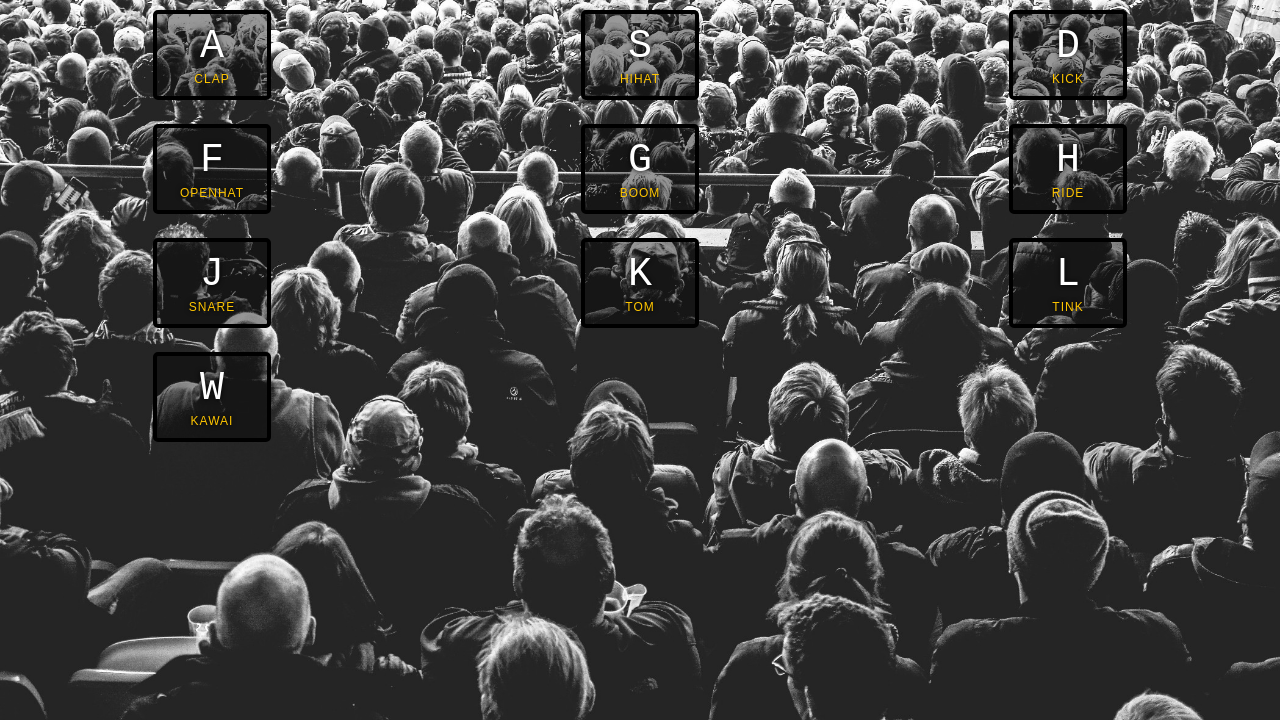
Repository: Freezler/drumkitJS
Page: index-START.html
An editor plug-in stored every save of this project. The page is shown before and after the next save, followed by the edit.
The browser window is 1280 px wide. The pictures show the whole page.

Above is the page before, as saved 2024-08-23 00:03:06.

### index-START.html
<!DOCTYPE html>
<html lang="en">
<head>
  <meta charset="UTF-8">
  <title>JS Drum Kit</title>
  <link rel="stylesheet" href="style.css">
  <link rel="icon" href="https://fav.farm/🔥" />
</head>
<body>


  <div class="keys">
    <div data-key="65" class="key">
      <kbd>A</kbd>
      <span class="sound">clap</span>
    </div>
    <div data-key="83" class="key">
      <kbd>S</kbd>
      <span class="sound">hihat</span>
    </div>
    <div data-key="68" class="key">
      <kbd>D</kbd>
      <span class="sound">kick</span>
    </div>
    <div data-key="70" class="key">
      <kbd>F</kbd>
      <span class="sound">openhat</span>
    </div>
    <div data-key="71" class="key">
      <kbd>G</kbd>
      <span class="sound">boom</span>
    </div>
    <div data-key="72" class="key">
      <kbd>H</kbd>
      <span class="sound">ride</span>
    </div>
    <div data-key="74" class="key">
      <kbd>J</kbd>
      <span class="sound">snare</span>
    </div>
    <div data-key="75" class="key">
      <kbd>K</kbd>
      <span class="sound">tom</span>
    </div>
    <div data-key="76" class="key">
      <kbd>L</kbd>
      <span class="sound">tink</span>
    </div>
    <div data-key="87" class="key">
      <kbd>W</kbd>
      <span class="sound">kawai</span>
    </div>
  </div>

  <audio data-key="65" src="sounds/clap.wav"></audio>
  <audio data-key="83" src="sounds/hihat.wav"></audio>
  <audio data-key="68" src="sounds/kick.wav"></audio>
  <audio data-key="70" src="sounds/openhat.wav"></audio>
  <audio data-key="71" src="sounds/boom.wav"></audio>
  <audio data-key="72" src="sounds/ride.wav"></audio>
  <audio data-key="74" src="sounds/snare.wav"></audio>
  <audio data-key="75" src="sounds/tom.wav"></audio>
  <audio data-key="76" src="sounds/tink.wav"></audio>
  <audio data-key="87" src="sounds/kawai.wav"></audio>


<script>

window.addEventListener('keydown', function(e){
  const audio = document.querySelector(`audio[data-key="${e.keyCode}"]`);
  const key = document.querySelector(`.key[data-key="${e.keyCode}"]`);
  key.classList.add('playing');
  if(!audio) return;
  audio.currentTime = 0;
  audio.play();

  function removeTransition(e) {
    if(e.propertyName !== 'transform') return;
    this.classList.remove('playing');
  }
  const keys = document.querySelectorAll('.key');
  keys.forEach(key => key.addEventListener('transitionend', removeTransition));

});
</script>


</body>
</html>

### style.css
html {
  font-size: 10px;
  background: url('./background.jpg') bottom center;
  background-size: cover;
  background-repeat: no-repeat;
  height: 100vh;
}

body,html {
  margin: 0;
  padding: 0;
  font-family: sans-serif;
}

.keys {
  display: grid;
  grid-template-columns: repeat(3, 1fr);
  grid-gap: 4px;
  min-height: 400px;
  place-items: center;
  align-items: center;
  justify-content: center;

}

.key {
  border: .4rem solid black;
  border-radius: .5rem;
  margin: 1rem;
  font-size: 1.5rem;
  padding: 1rem .5rem;
  transition: all .07s ease;
  width: 10rem;
  text-align: center;
  color: white;
  background: rgba(0,0,0,0.4);
  text-shadow: 0 0 .5rem black;
}

.playing {
  transform: scale(1.1);
  border-color: #ffc600;
  box-shadow: 0 0 1rem #ffc600;
}

kbd {
  display: block;
  font-size: 4rem;
}

.sound {
  font-size: 1.2rem;
  text-transform: uppercase;
  letter-spacing: .1rem;
  color: #ffc600;
}

After the next save:
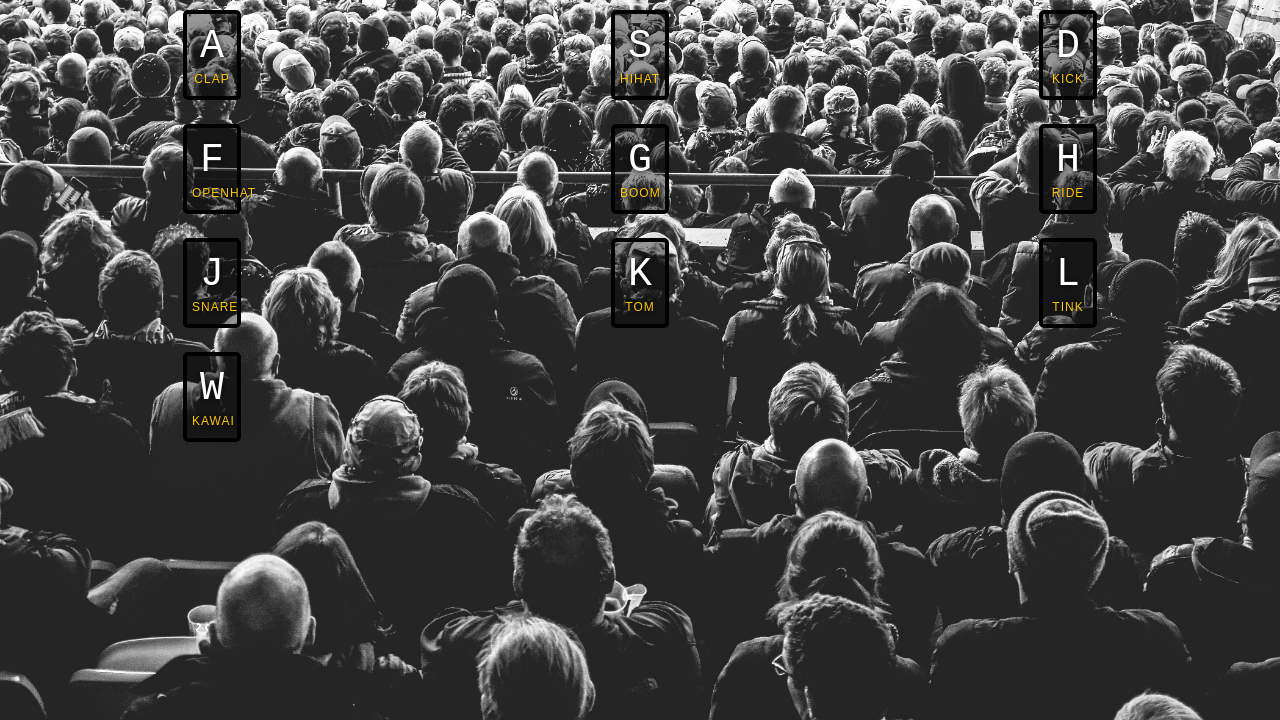
Saved 22 s later.
--- a/style.css
+++ b/style.css
@@ -30,7 +30,7 @@
   font-size: 1.5rem;
   padding: 1rem .5rem;
   transition: all .07s ease;
-  width: 10rem;
+  width: 4rem;
   text-align: center;
   color: white;
   background: rgba(0,0,0,0.4);

After the save that followed:
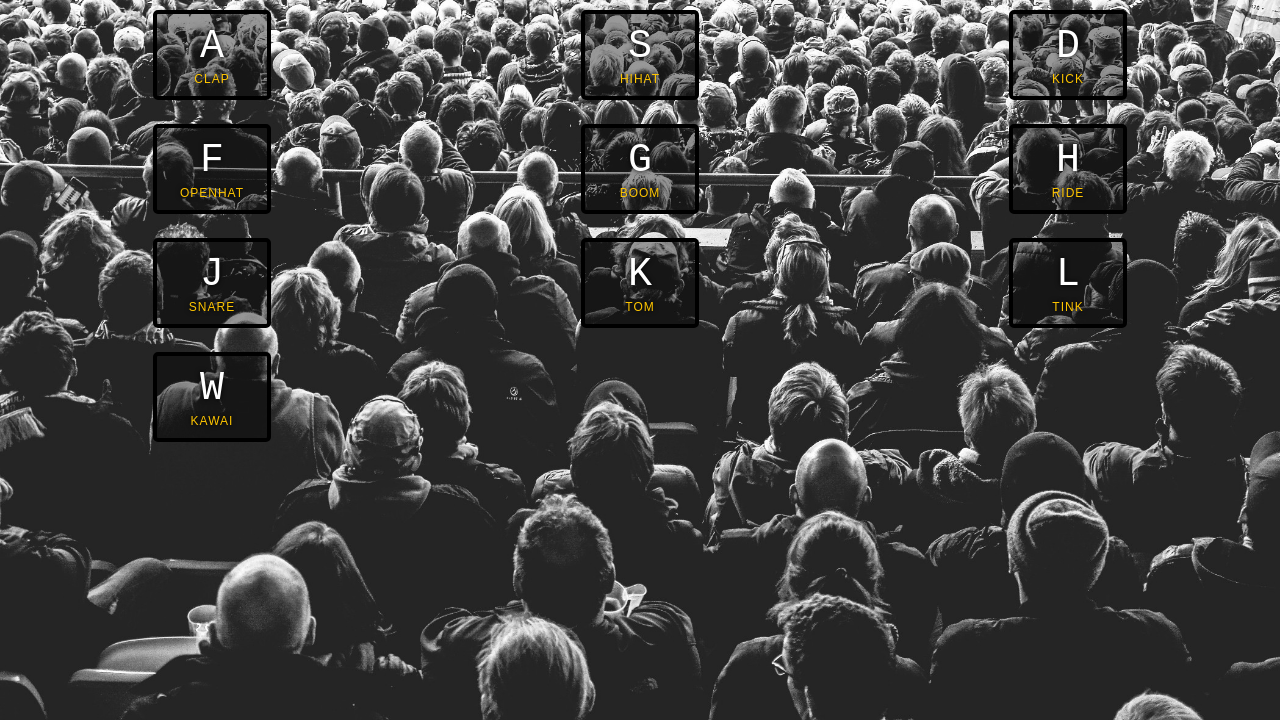
Saved 25 s later.
--- a/style.css
+++ b/style.css
@@ -30,7 +30,7 @@
   font-size: 1.5rem;
   padding: 1rem .5rem;
   transition: all .07s ease;
-  width: 4rem;
+  width: 10rem;
   text-align: center;
   color: white;
   background: rgba(0,0,0,0.4);
